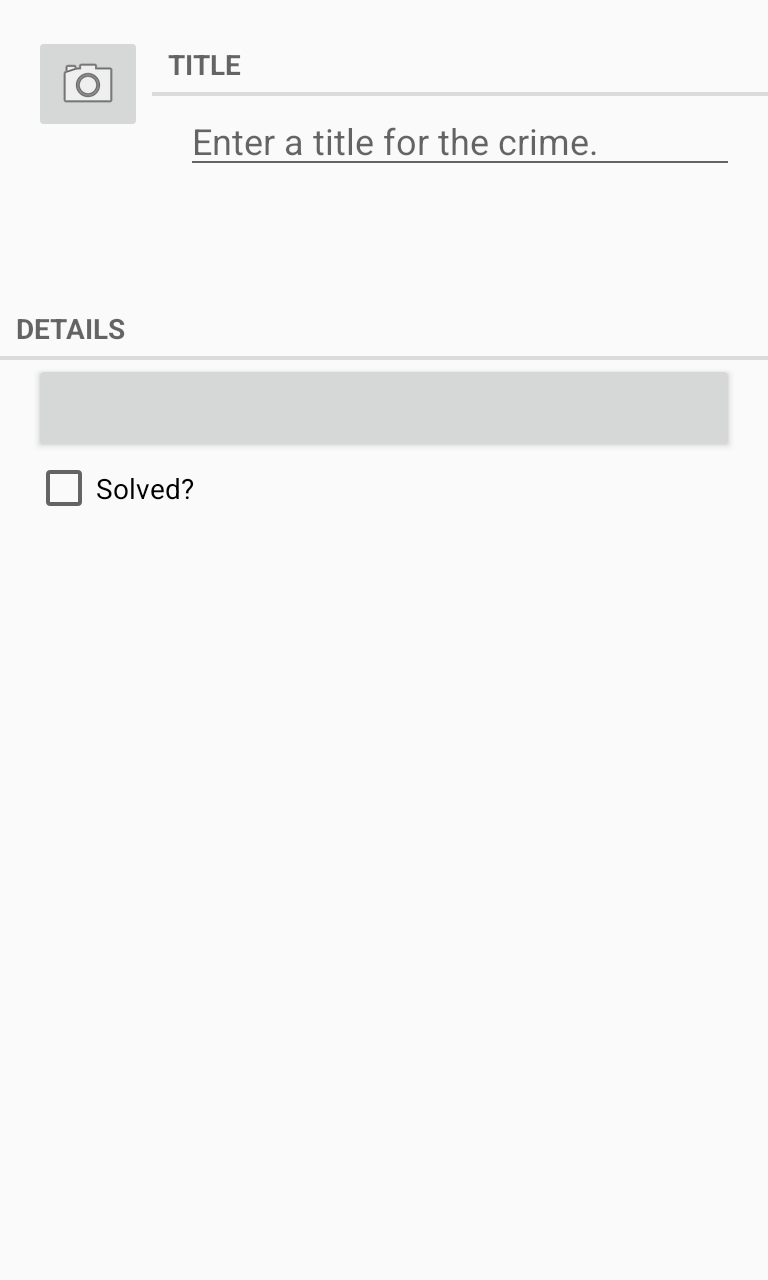
Repository: p-tricky/Android
Layout: CriminalIntent/res/layout/fragment_criminal.xml
These files come from the project's save history. The layout is drawn as it stood at one moment and after the next save; the edit follows.
It is drawn on a 768 x 1280 px phone screen (xhdpi) without system bars, with theme AppTheme; the app's code is not run.

Above is the layout before, as saved 2014-09-06 05:00:28.

### CriminalIntent/res/layout/fragment_criminal.xml
<?xml version="1.0" encoding="utf-8"?>
<LinearLayout xmlns:android="http://schemas.android.com/apk/res/android"
    android:layout_width="match_parent"
    android:layout_height="match_parent"
    android:orientation="vertical" >

    <LinearLayout
        android:layout_width="fill_parent"
        android:layout_height="wrap_content"
        android:orientation="horizontal"
        android:layout_marginLeft="16dp"
        android:layout_marginTop="16dp">

        <LinearLayout
            android:layout_width="wrap_content"
            android:layout_height="wrap_content"
            android:orientation="vertical"
        	android:layout_marginRight="4dp">

			<ImageButton
			    android:id="@+id/crime_imageButton"
			    android:layout_width="match_parent"
			    android:layout_height="wrap_content"
			    android:src="@android:drawable/ic_menu_camera" />

			<ImageView
			    android:id="@+id/crime_imageView"
			    android:layout_width="match_parent"
			    android:layout_height="80dp"
			    android:scaleType="centerInside"
			    android:background="@androidcolor/darker_gray"
			    android:cropToPadding="true" />

    	</LinearLayout>

        <LinearLayout
            android:layout_width="wrap_content"
            android:layout_height="wrap_content"
            android:orientation="vertical"
        	android:layout_weight="1">

    		<TextView
        		android:layout_width="match_parent"
        		android:layout_height="wrap_content"
        		android:text="@string/crime_title_label"
        		style="?android:listSeparatorTextViewStyle" />

    		<EditText
        		android:id="@+id/crime_title"
        		android:layout_width="match_parent"
        		android:layout_height="wrap_content"
        		android:layout_marginLeft="16dp"
        		android:layout_marginRight="16dp"
        		android:hint="@string/crime_title_hint" />

    	</LinearLayout>

    </LinearLayout>


    <TextView
        android:layout_width="match_parent"
        android:layout_height="wrap_content"
        android:text="@string/crime_details_label"
        style="?android:listSeparatorTextViewStyle"
        />

    <Button
        android:id="@+id/crime_date"
        android:layout_width="match_parent"
        android:layout_height="wrap_content"
        android:layout_marginLeft="16dp"
        android:layout_marginRight="16dp"
        />

    <CheckBox
        android:id="@+id/crime_solved"
        android:layout_width="match_parent"
        android:layout_height="wrap_content"
        android:layout_marginLeft="16dp"
        android:layout_marginRight="16dp"
        android:text="@string/crime_solved_label"
        />

</LinearLayout>

### CriminalIntent/res/values/strings.xml
<?xml version="1.0" encoding="utf-8"?>
<resources>

    <string name="app_name">CriminalIntent</string>
    <string name="title_activity_crime">CriminalAcivity</string>
    <string name="crime_title_hint">Enter a title for the crime.</string>
    <string name="crime_title_label">Title</string>
    <string name="crime_details_label">Details</string>
    <string name="crime_solved_label">Solved?</string>
    <string name="crimes_title">Crimes</string>
    <string name="date_picker_title">Date of crime:</string>
    <string name="new_crime">New Crime</string>
    <string name="show_subtitle">Show Subtitle</string>
    <string name="hide_subtitle">Hide Subtitle</string>
    <string name="subtitle">If you see something, say something.</string>
    <string name="delete_crime">Delete</string>
    <string name="take">Take</string>

</resources>

Loaded but not shown: CriminalIntent/res/values/styles.xml (common file); CriminalIntent/res/values-v11/styles.xml (common file); CriminalIntent/res/values-v14/styles.xml (common file)

After the next save:
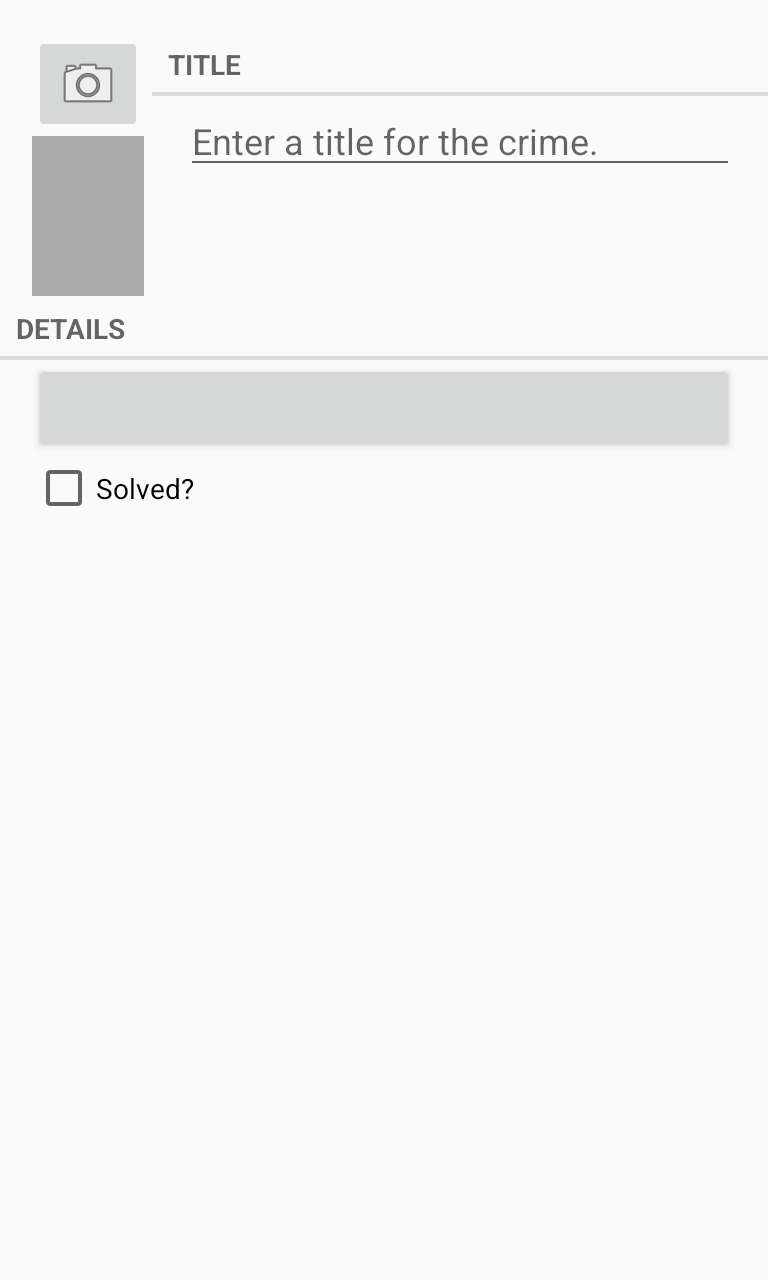
Saved 18 s later.
--- a/CriminalIntent/res/layout/fragment_criminal.xml
+++ b/CriminalIntent/res/layout/fragment_criminal.xml
@@ -28,7 +28,7 @@
 			    android:layout_width="match_parent"
 			    android:layout_height="80dp"
 			    android:scaleType="centerInside"
-			    android:background="@androidcolor/darker_gray"
+			    android:background="@android:color/darker_gray"
 			    android:cropToPadding="true" />
 
     	</LinearLayout>
